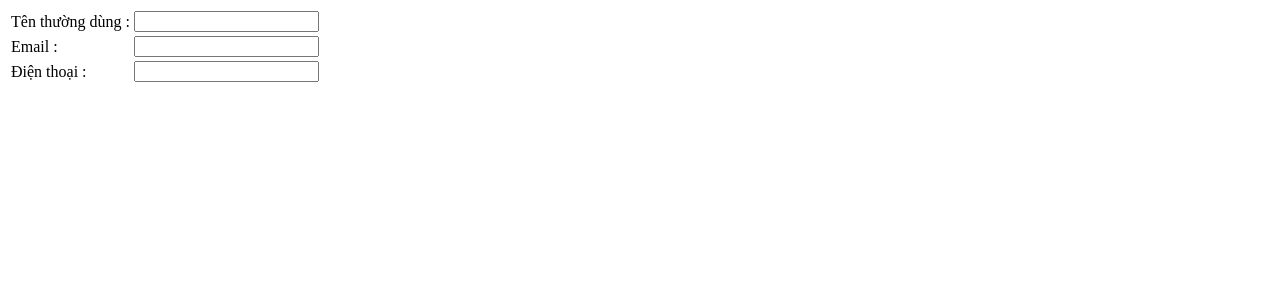
Repository: NGUYEN112/Module2
Page: http://localhost/
An editor plug-in stored every save of this project. The page is shown before and after the next save, followed by the edit.
The browser window is 1280 px wide. The pictures show the whole page.
The page is run by PHP 8.4 with error messages shown; the project is at /var/www/html/.

Above is the page before, as saved 2021-01-18 15:21:16.

### bai12-json/index.php
<!DOCTYPE html>
<html lang="en">

<head>
    <meta charset="UTF-8">
    <meta name="viewport" content="width=device-width, initial-scale=1.0">
    <title>Đăng kí người dùng</title>
</head>

<body>
    <form method="post">
    <table>
        <tr>
            <td>Tên thường dùng : </td>
            <td><input type="text"></td>
        </tr>
        <tr>
            <td>Email : </td>
            <td><input type="text"></td>
        </tr>
        <tr>
            <td>Điện thoại : </td>
            <td><input type="number"></td>
        </tr>
        </table>
    </form>
</body>

</html>

After the next save:
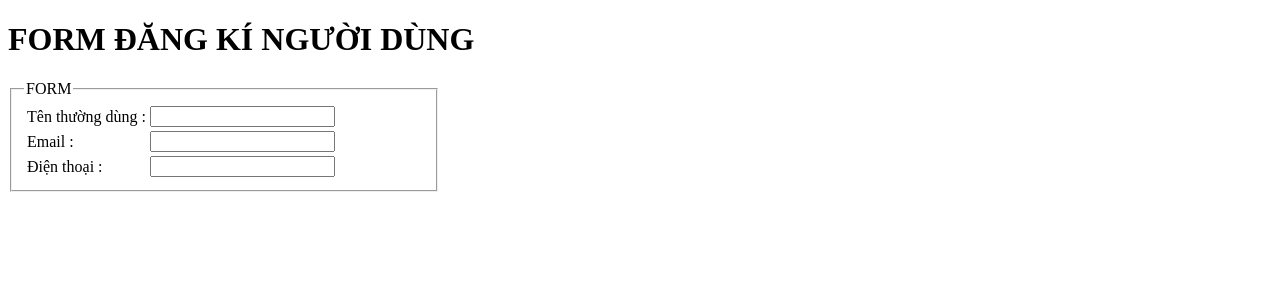
Saved 2 min 52 s later.
--- a/bai12-json/index.php
+++ b/bai12-json/index.php
@@ -8,22 +8,26 @@
 </head>
 
 <body>
+<h1>FORM ĐĂNG KÍ NGƯỜI DÙNG</h1>
     <form method="post">
-    <table>
-        <tr>
-            <td>Tên thường dùng : </td>
-            <td><input type="text"></td>
-        </tr>
-        <tr>
-            <td>Email : </td>
-            <td><input type="text"></td>
-        </tr>
-        <tr>
-            <td>Điện thoại : </td>
-            <td><input type="number"></td>
-        </tr>
+    <Fieldset style="width : 400px">
+    <legend>FORM</legend>
+        <table>
+            <tr>
+                <td>Tên thường dùng : </td>
+                <td><input type="text"></td>
+            </tr>
+            <tr>
+                <td>Email : </td>
+                <td><input type="text"></td>
+            </tr>
+            <tr>
+                <td>Điện thoại : </td>
+                <td><input type="number"></td>
+            </tr>
         </table>
+        </Fieldset>
     </form>
+
 </body>
-
 </html>
